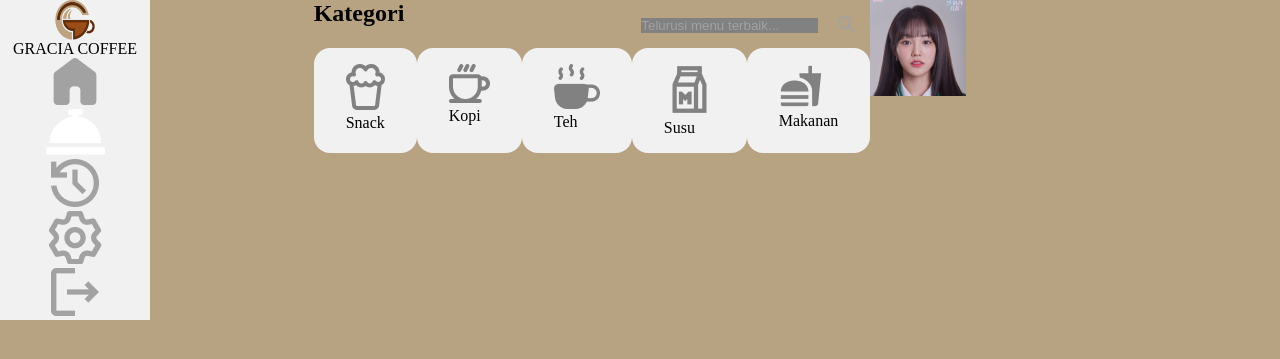
Repository: DanielChuaaa/sbd2
Page: index.html
These files come from the project's save history. The page is drawn as it stood at one moment and after the next save; the edit follows.
The browser window is 1280 px wide. The pictures show the whole page.
Some web libraries are served in a nearby version.

Above is the page before, as saved 2023-10-20 10:45:54.

After the next save:
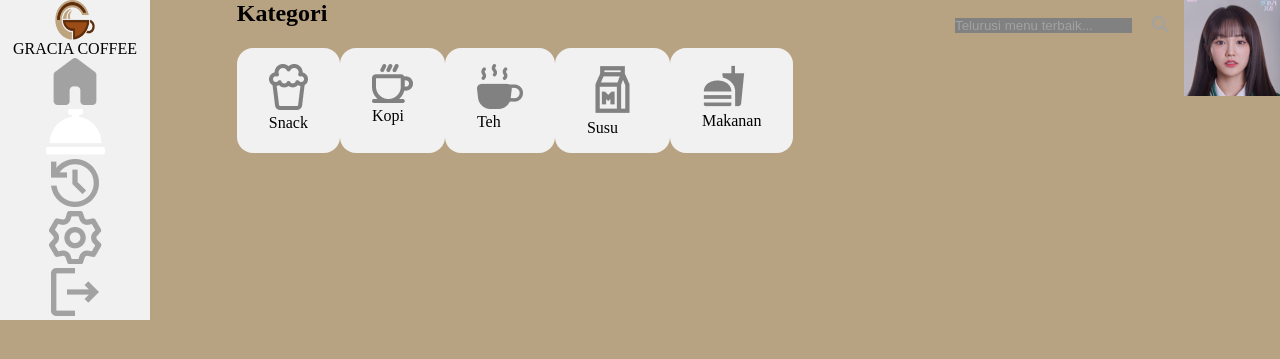
Saved 7 s later.
--- a/style.css
+++ b/style.css
@@ -26,7 +26,7 @@ body{
 
 .grid-wrapper{
     display: grid;
-    grid-template-columns: 0.5fr 0.1fr auto;
+    grid-template-columns: 0.5fr 2fr auto;
 }
 
 .icon{
